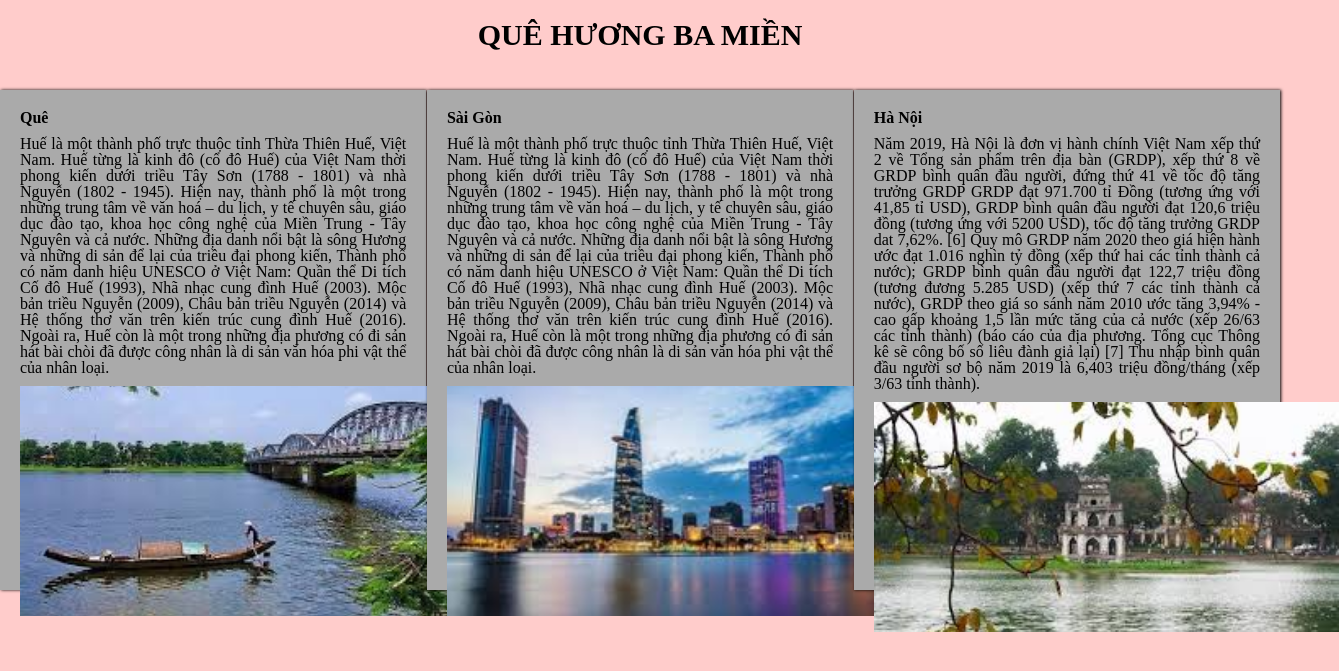
Repository: Tan-Khang21/TH_TKW--Buoi_06
Page: Bai_Tap_Tren_lop/Bai_02/LayoutCSS2.html
These files come from the project's save history. The page is drawn as it stood at one moment and after the next save; the edit follows.
The browser window is 1280 px wide. The page is 1339 px wide, so the pictures cover 1339 px, including what lies to the right of the window. The pictures show the whole page.

Above is the page before, as saved 2024-03-11 20:34:33.

After the next save:
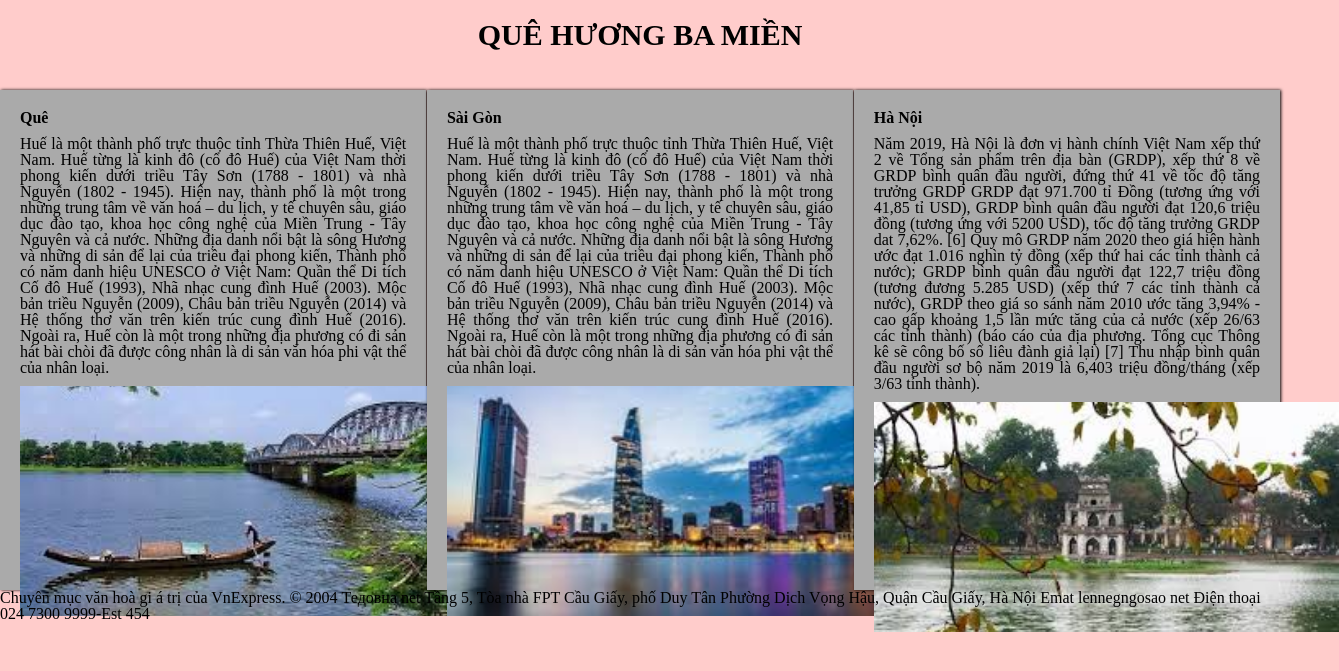
Saved 100 s later.
--- a/Bai_Tap_Tren_lop/Bai_02/LayoutCSS2.html
+++ b/Bai_Tap_Tren_lop/Bai_02/LayoutCSS2.html
@@ -74,5 +74,12 @@
         </div>
       </div>
     </div>
+    <div class="footer">
+      <p>
+        Chuyên mục văn hoà gi á trị của VnExpress. © 2004 Тедовна net Tầng 5,
+        Tòa nhà FPT Cầu Giấy, phố Duy Tân Phường Dịch Vọng Hậu, Quận Cầu Giấy,
+        Hà Nội Emat lennegngosao net Điện thoại 024 7300 9999-Est 454
+      </p>
+    </div>
   </body>
 </html>
